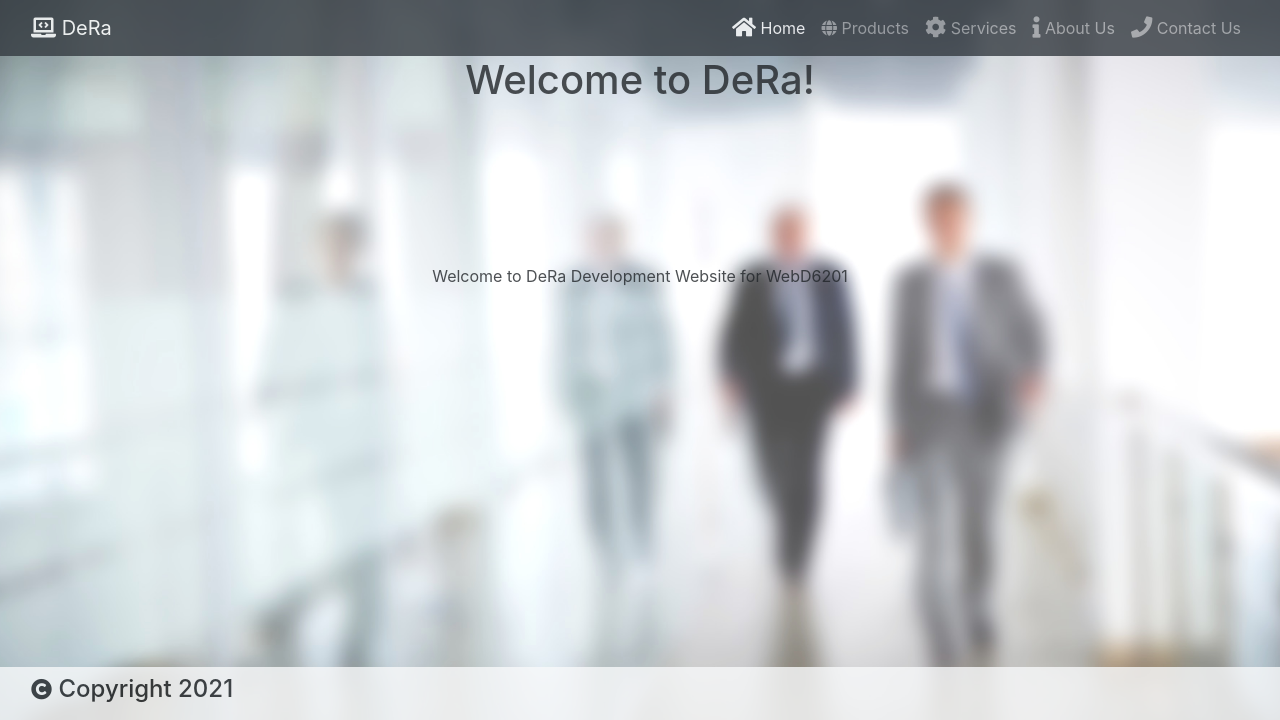
Repository: deividwsantoss/web6201-Lab1
Page: index.html
The author's editor kept a copy of each file at every save. The page is drawn from the files as they stood at one save, then again after the next save.
The browser window is 1280 px wide. The pictures show the whole page.

Above is the page before, as saved 2021-02-03 00:21:35.
Console error (its wording comes from the project's code and is left out).

After the next save:
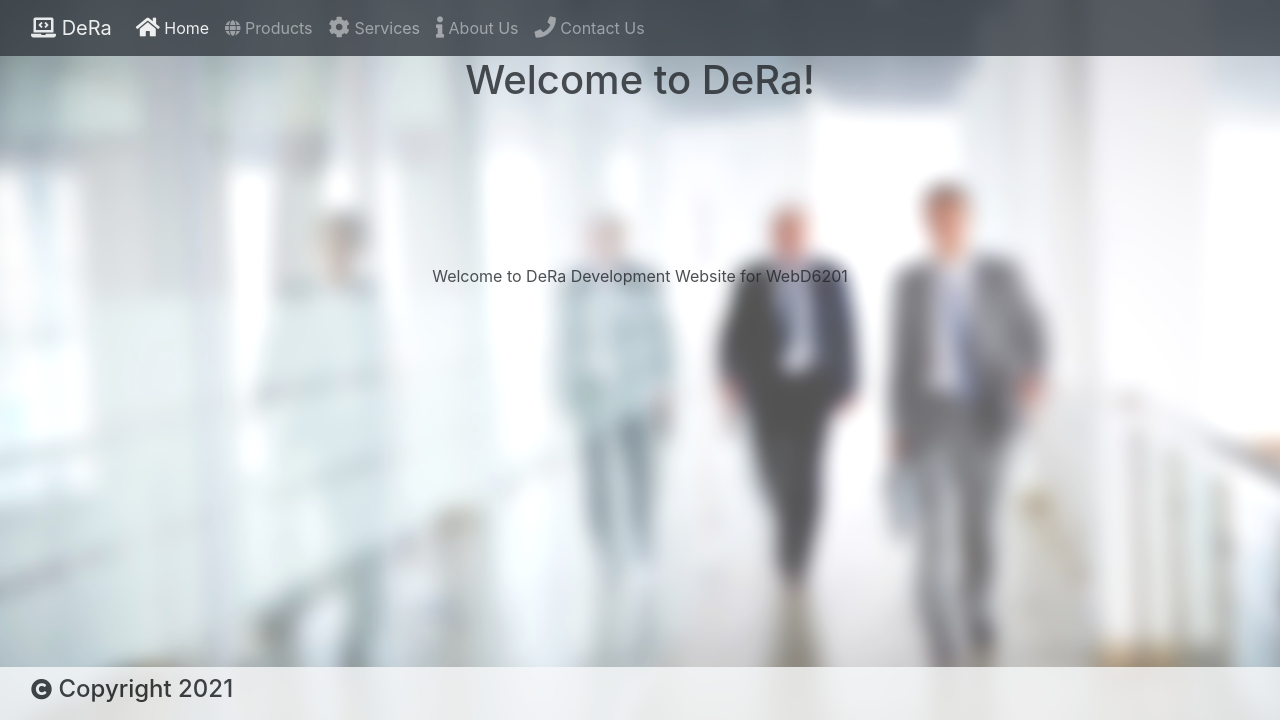
Saved 43 s later.
--- a/index.html
+++ b/index.html
@@ -21,7 +21,7 @@
                 <span class="navbar-toggler-icon"></span>
               </button>
               <div class="collapse navbar-collapse" id="navbarSupportedContent">
-                <ul class="navbar-nav ml-auto mb-2 mb-lg-0">
+                <ul class="navbar-nav ">
                   <li class="nav-item">
                     <a class="nav-link active" aria-current="page" href="Index.html"><i class="fas fa-home fa-lg"></i> Home</a>
                   </li>

After the 3 saves that followed:
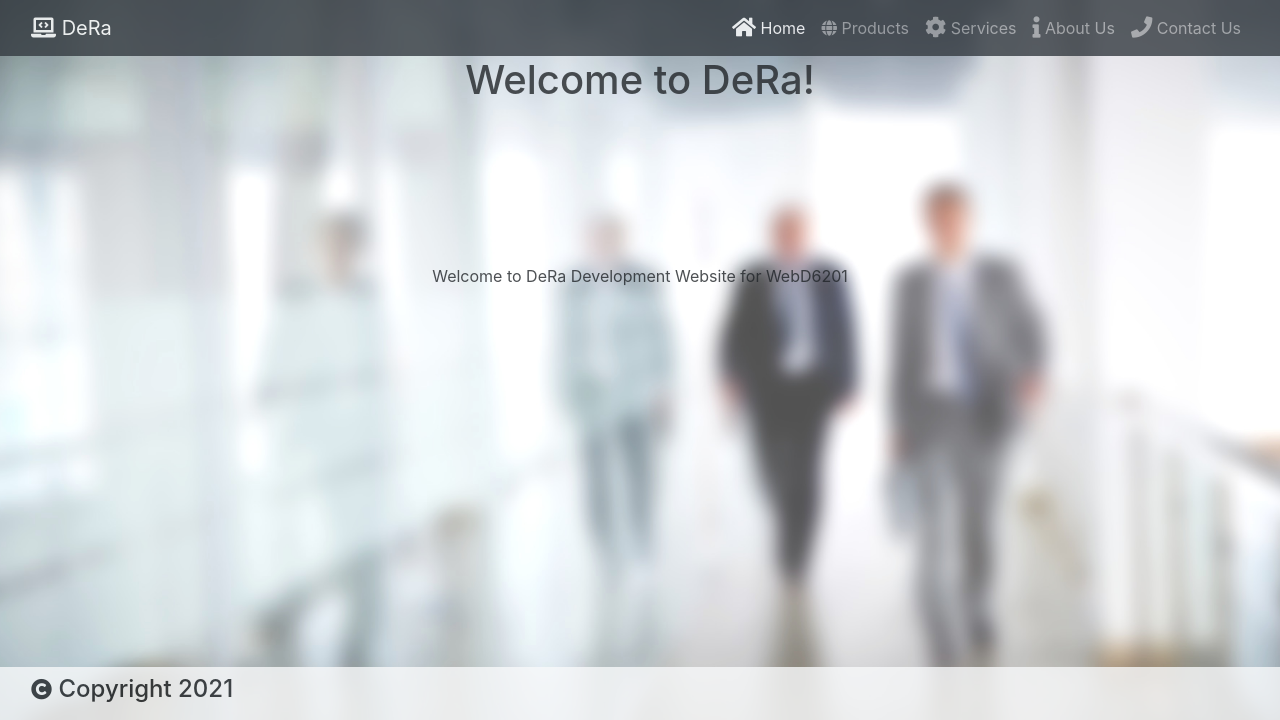
The 3 saves are shown as one change because 2 left the picture as it was.
The last was saved 8 min 50 s later.
--- a/index.html
+++ b/index.html
@@ -21,7 +21,7 @@
                 <span class="navbar-toggler-icon"></span>
               </button>
               <div class="collapse navbar-collapse" id="navbarSupportedContent">
-                <ul class="navbar-nav ">
+                <ul class="navbar-nav ml-auto mb-2 mb-lg-0">
                   <li class="nav-item">
                     <a class="nav-link active" aria-current="page" href="Index.html"><i class="fas fa-home fa-lg"></i> Home</a>
                   </li>
